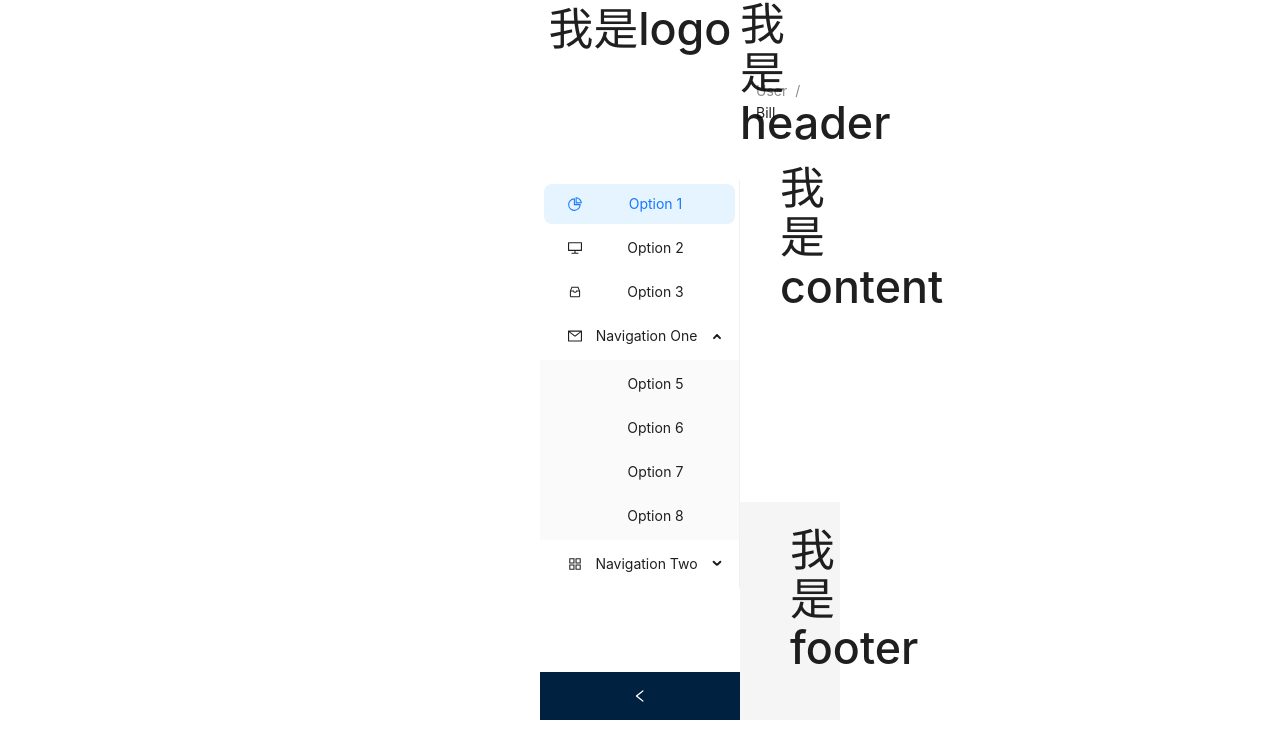
Repository: chenyl8848/chen-tool-collection
Page: /
An editor plug-in stored every save of this project. The page is shown before and after a run of saves, followed by the edit.
The browser window is 1280 px wide. The pictures show the whole page.
The project was rebuilt for these pictures with package versions that can differ from the ones it lists, and the page was loaded fresh each time. Also part of the build but not shown: vite.config.ts, src/components/HelloWorld.vue.

Above is the page before, as saved 2024-01-09 10:58:44.

### src/main.ts
import { createApp } from 'vue'
import './style.css'

// import Antd from 'ant-design-vue';
import 'ant-design-vue/dist/reset.css';

import App from './App.vue'

const app = createApp(App)

// app.use(Antd)

app.mount('#app')

### src/App.vue
<script setup lang="ts">
import Layout from '@/layout/index.vue';
</script>

<template>
  <div>
    <Layout></Layout>
  </div>
</template>

<style scoped>
</style>

### src/layout/index.vue
<script lang="ts" setup>
import Logo from '@/layout/siderbar/logo/index.vue'
import Menu from '@/layout/siderbar/menu/index.vue'
import Header from '@/layout/header/index.vue'
import Footer from '@/layout/footer/index.vue'
import Content from '@/layout/content/index.vue'
</script>

<template>
    <a-layout class="layout">
        <a-layout-sider v-model:collapsed="collapsed" collapsible class="layout-siderbar">
            <div class="logo">
                <Logo></Logo>
            </div>
            <div class="menu">
                <Menu></Menu>
            </div>
        </a-layout-sider>
        <a-layout>
            <a-layout-header style="background: #fff; padding: 0">
                <Header></Header>
            </a-layout-header>
            <a-layout-content style="margin: 0 16px">
                <a-breadcrumb style="margin: 16px 0">
                    <a-breadcrumb-item>User</a-breadcrumb-item>
                    <a-breadcrumb-item>Bill</a-breadcrumb-item>
                </a-breadcrumb>
                <div :style="{ padding: '24px', background: '#fff', minHeight: '360px' }">
                    <Content></Content>
                </div>
            </a-layout-content>
            <a-layout-footer style="text-align: center">
                <Footer></Footer>
            </a-layout-footer>
        </a-layout>
    </a-layout>
</template>

<style scoped>
.layout {
    min-height: 100vh;

}
.layout-siderbar {
    background-color: white;

}
.logo {
    padding: 5px;
    height: 180px;
    background: white;
}
</style>

### src/layout/siderbar/logo/index.vue
<script lang="ts" setup>

</script>

<template>
  <div>
    <h1>我是logo</h1>
  </div>
</template>

### src/layout/siderbar/menu/index.vue
<template>
    <div>
      <a-menu
        v-model:openKeys="state.openKeys"
        v-model:selectedKeys="state.selectedKeys"
        mode="inline"
        :inline-collapsed="state.collapsed"
        :items="items"
      ></a-menu>
    </div>
  </template>
  <script lang="ts" setup>
  import { reactive, watch, h } from 'vue';
  import {
    MenuFoldOutlined,
    MenuUnfoldOutlined,
    PieChartOutlined,
    MailOutlined,
    DesktopOutlined,
    InboxOutlined,
    AppstoreOutlined,
  } from '@ant-design/icons-vue';
  const state = reactive({
    collapsed: false,
    selectedKeys: ['1'],
    openKeys: ['sub1'],
    preOpenKeys: ['sub1'],
  });
  const items = reactive([
    {
      key: '1',
      icon: () => h(PieChartOutlined),
      label: 'Option 1',
      title: 'Option 1',
    },
    {
      key: '2',
      icon: () => h(DesktopOutlined),
      label: 'Option 2',
      title: 'Option 2',
    },
    {
      key: '3',
      icon: () => h(InboxOutlined),
      label: 'Option 3',
      title: 'Option 3',
    },
    {
      key: 'sub1',
      icon: () => h(MailOutlined),
      label: 'Navigation One',
      title: 'Navigation One',
      children: [
        {
          key: '5',
          label: 'Option 5',
          title: 'Option 5',
        },
        {
          key: '6',
          label: 'Option 6',
          title: 'Option 6',
        },
        {
          key: '7',
          label: 'Option 7',
          title: 'Option 7',
        },
        {
          key: '8',
          label: 'Option 8',
          title: 'Option 8',
        },
      ],
    },
    {
      key: 'sub2',
      icon: () => h(AppstoreOutlined),
      label: 'Navigation Two',
      title: 'Navigation Two',
      children: [
        {
          key: '9',
          label: 'Option 9',
          title: 'Option 9',
        },
        {
          key: '10',
          label: 'Option 10',
          title: 'Option 10',
        },
        {
          key: 'sub3',
          label: 'Submenu',
          title: 'Submenu',
          children: [
            {
              key: '11',
              label: 'Option 11',
              title: 'Option 11',
            },
            {
              key: '12',
              label: 'Option 12',
              title: 'Option 12',
            },
          ],
        },
      ],
    },
  ]);
  watch(
    () => state.openKeys,
    (_val, oldVal) => {
      state.preOpenKeys = oldVal;
    },
  );
  const toggleCollapsed = () => {
    state.collapsed = !state.collapsed;
    state.openKeys = state.collapsed ? [] : state.preOpenKeys;
  };
  </script>

### src/layout/header/index.vue
<script lang="ts" setup>

</script>

<template>
  <div>
    <h1>我是header</h1>
  </div>
</template>

### src/layout/footer/index.vue
<script lang="ts" setup>

</script>

<template>
  <div>
    <h1>我是footer</h1>
  </div>
</template>

### src/layout/content/index.vue
<script lang="ts" setup>

</script>

<template>
  <div>
    <h1>我是content</h1>
  </div>
</template>

Loaded but not shown: index.html (common file); src/style.css (common file)

After the next 2 saves:
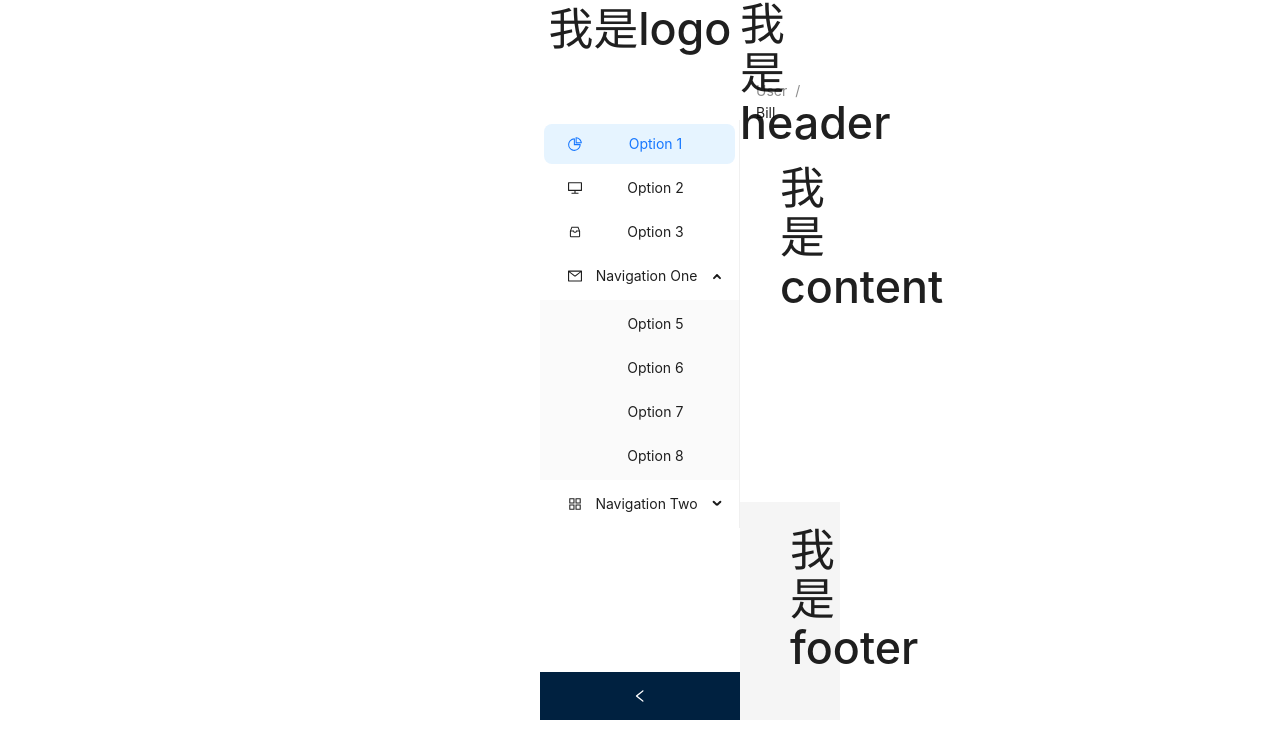
The 2 saves are shown as one change because they came seconds apart.
The last was saved 90 s later.
--- a/src/layout/index.vue
+++ b/src/layout/index.vue
@@ -47,7 +47,6 @@
 }
 .logo {
     padding: 5px;
-    height: 180px;
-    background: white;
+    height: 120px;
 }
 </style>
